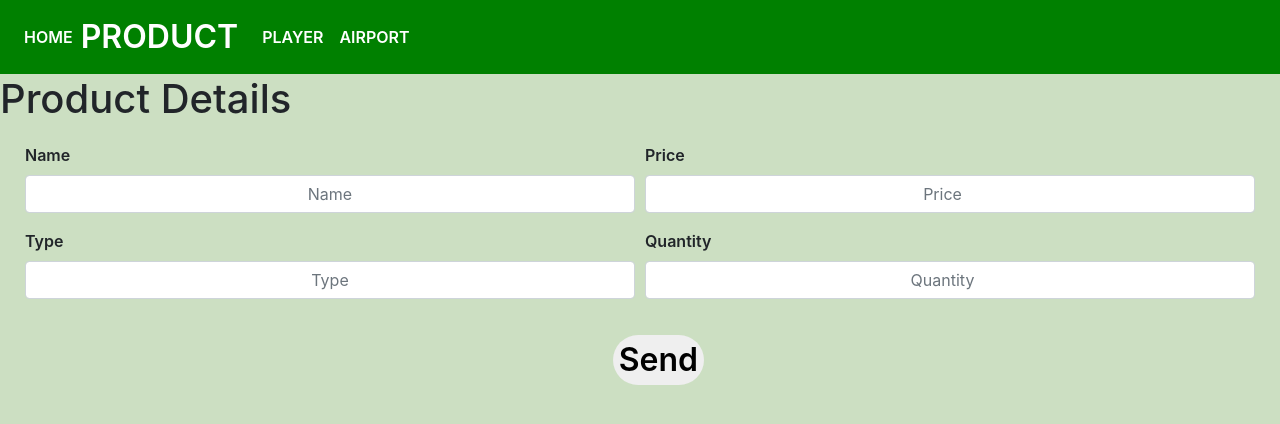
Repository: 05Mohammedismail/xworkz--Advance-Java
Page: http://localhost/Sep13_JSP/product.jsp
These files come from the project's save history. The page is drawn as it stood at one moment and after the next save; the edit follows.
The browser window is 1280 px wide. The pictures show the whole page.
The page is served by Tomcat 9. Other server files are loaded and not shown.

Above is the page before, as saved 2023-09-13 15:51:33.

### Sep13_JSP/src/main/webapp/product.jsp
<%@ page language="java" contentType="text/html; charset=ISO-8859-1"
    pageEncoding="ISO-8859-1"%>
<!doctype html>
<html lang="en">
  <head>
    <meta charset="utf-8">
    <meta name="viewport" content="width=device-width, initial-scale=1">
    <title>MY-JSP</title>
<link rel="stylesheet" href="https://cdn.jsdelivr.net/npm/bootstrap@4.1.3/dist/css/bootstrap.min.css" integrity="sha384-MCw98/SFnGE8fJT3GXwEOngsV7Zt27NXFoaoApmYm81iuXoPkFOJwJ8ERdknLPMO" crossorigin="anonymous">

<style type="text/css">

body{
background-color: rgb(204, 223, 194);
}
.navbar-brand{
font-size: 2em;
}
.navbar{
background: green;
margin-bottom: 1px;
font-weight:600;
color: white;
}
.nav-link:hover{
text-decoration: underline;
}

.form-row{
margin: 20px;
position: relative;
}

.send{
position: absolute;
right: 45%;
border-radius: 40px;
outline: none;
border: none;
font-weight: 600;
font-size: 2em;
}

.form-control{
text-align: center;
}

.form-group label{
font-weight: 600;
}

</style>
</head>

  <body>
   <nav class="navbar navbar-expand-lg navbar-light">

  <div class="collapse navbar-collapse" id="navbarNav">
    <ul class="navbar-nav">
      <li class="nav-item">
        <a class="nav-link text-white" href="index.jsp">HOME</a>
      </li>
      </ul>


      <a class="navbar-brand">PRODUCT</a>
  <button class="navbar-toggler" type="button" data-toggle="collapse" data-target="#navbarNav" aria-controls="navbarNav" aria-expanded="false" aria-label="Toggle navigation">
    <span class="navbar-toggler-icon"></span>
  </button>

      <ul class="navbar-nav">
      <li class="nav-item">
        <a class="nav-link text-white" href="player.jsp">PLAYER</a>
      </li>
      <li class="nav-item">
        <a class="nav-link text-white" href="airport.jsp">AIRPORT</a>
      </li>
    </ul>
  </div>
</nav>

<h1>Product Details</h1>
<form>
  <div class="form-row">
    <div class="form-group col-md-6">
      <label class="label">Name</label>
      <input type="text" class="form-control" placeholder="Name">
    </div>

    <div class="form-group col-md-6">
      <label>Price</label>
      <input type="number" class="form-control" placeholder="Price">
    </div>

    <div class="form-group col-md-6">
      <label >Type</label>
      <input type="text" class="form-control" placeholder="Type">
    </div>

    <div class="form-group col-md-6">
      <label>Quantity</label>
      <input type="number" class="form-control" placeholder="Quantity">
    </div>
 </div>
 <input class="send" type="submit" value="Send">
</form>
    <script src="https://cdn.jsdelivr.net/npm/bootstrap@5.3.1/dist/js/bootstrap.bundle.min.js" integrity="sha384-HwwvtgBNo3bZJJLYd8oVXjrBZt8cqVSpeBNS5n7C8IVInixGAoxmnlMuBnhbgrkm" crossorigin="anonymous"></script>
  </body>
</html>

After the next save:
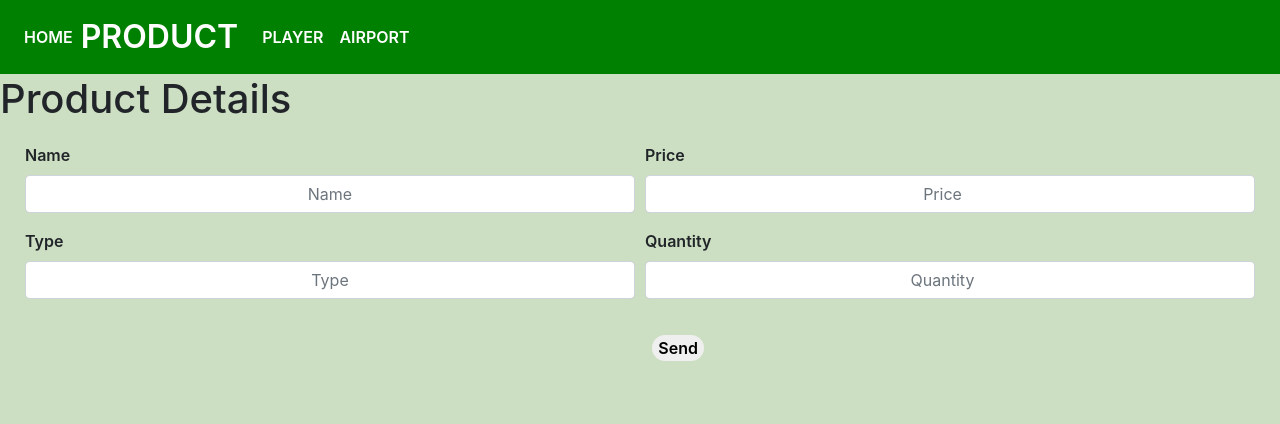
Saved 11 s later.
--- a/Sep13_JSP/src/main/webapp/product.jsp
+++ b/Sep13_JSP/src/main/webapp/product.jsp
@@ -38,7 +38,7 @@ border-radius: 40px;
 outline: none;
 border: none;
 font-weight: 600;
-font-size: 2em;
+font-size: 1em;
 }
 
 .form-control{
